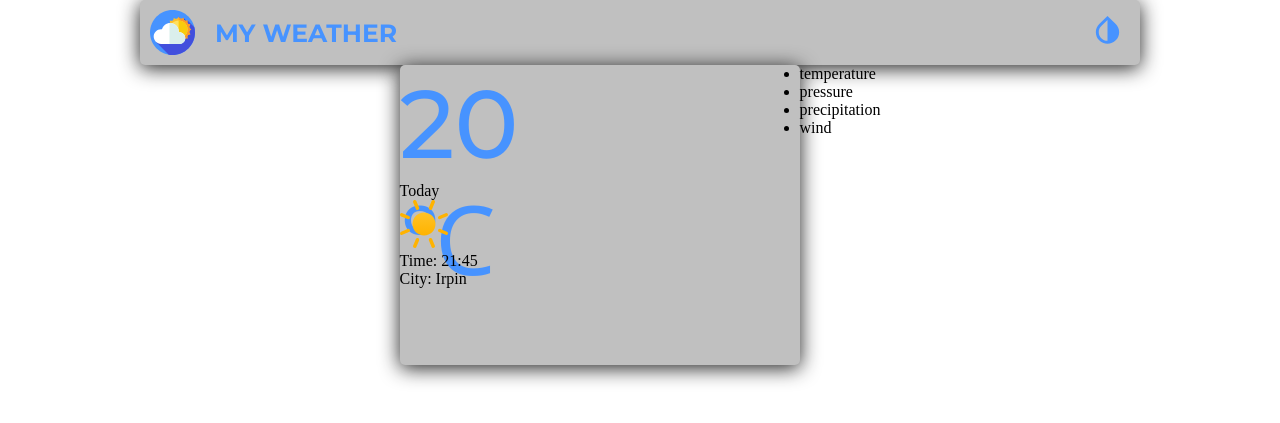
Repository: YuraKrvz/my_weather2
Page: /
The author's editor kept a copy of each file at every save. The page is drawn from the files as they stood at one save, then again after the next save.
The browser window is 1280 px wide. The pictures show the whole page.
The project was rebuilt for these pictures with package versions that can differ from the ones it lists, and the page was loaded fresh each time.

Above is the page before, as saved 2022-01-25 18:14:56.

After the next save:
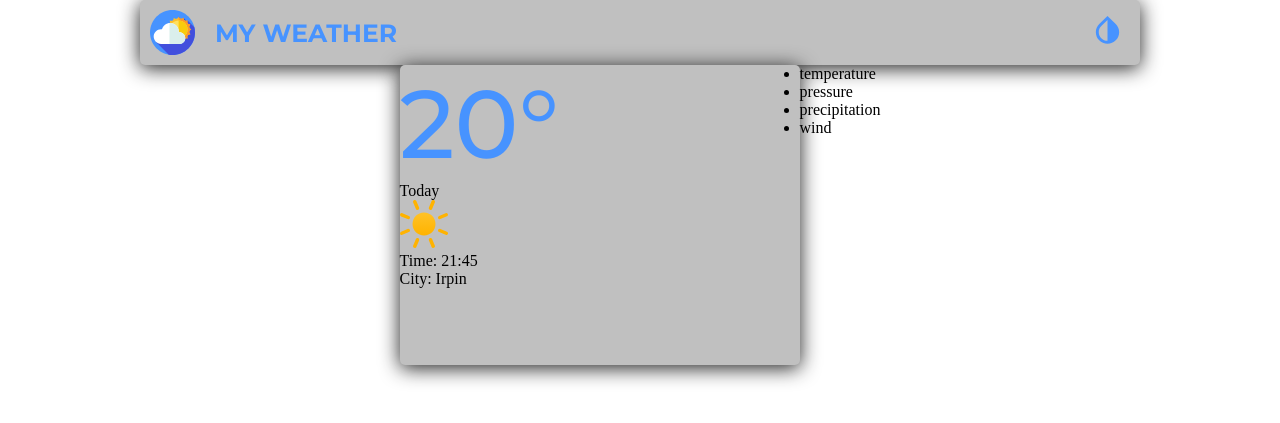
Saved 33 s later.
--- a/src/components/MyWeather/MyWeather.jsx
+++ b/src/components/MyWeather/MyWeather.jsx
@@ -8,7 +8,7 @@
       <div className={s.main}>
          <span>
             <span>
-               <p className={s.temp__main}>20 &#8451;</p>
+               <p className={s.temp__main}>20°</p>
                <p className={s.day}>Today</p>
             </span>
             <GeneratorSvgIcon id='sun' />
